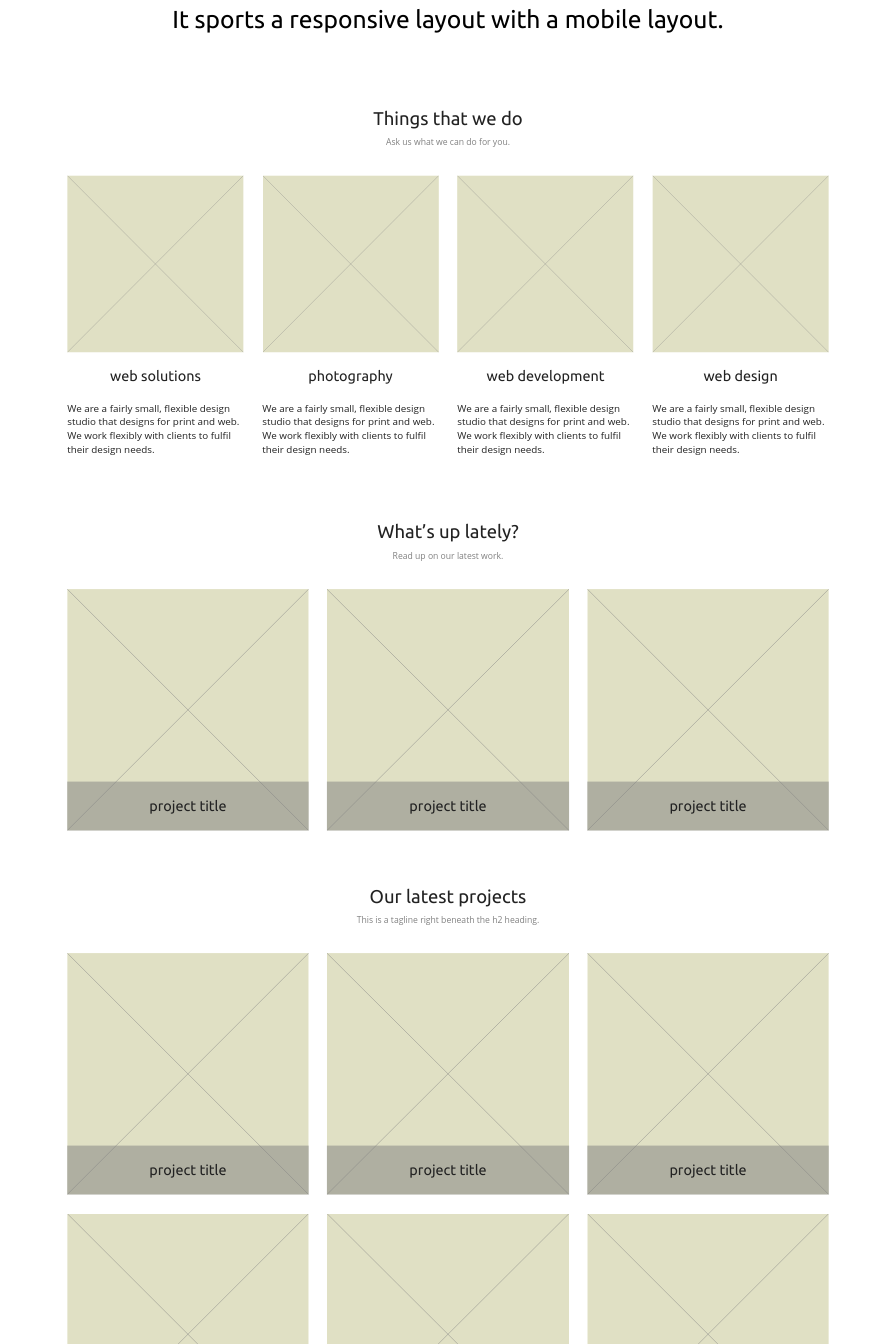
Repository: eilidhma/metrolics
Page: index.html
These files come from the project's save history. The page is drawn as it stood at one moment and after a run of saves; the edit follows.
The browser window is 1280 px wide. The pictures show the part of the page from y = 462 to 2382 px (the page is 3636 px tall before and 3561 px after), at 70% of full size.

Above is the page before, as saved 2021-02-03 22:24:08.

### index.html
<!doctype html>
<html class="no-js" lang="en">

<head>
  <meta charset="utf-8">
  <title>Metrolics</title>
  <meta name="description" content="">
  <meta name="viewport" content="width=device-width, initial-scale=1">

  <meta property="og:title" content="">
  <meta property="og:type" content="">
  <meta property="og:url" content="">
  <meta property="og:image" content="">

  <link rel="manifest" href="site.webmanifest">
  <link rel="apple-touch-icon" href="icon.png">
  <link rel="preconnect" href="https://fonts.gstatic.com">
  <link href="https://fonts.googleapis.com/css2?family=Ubuntu&display=swap" rel="stylesheet">
  <link rel="stylesheet" href="css/normalize.css">
  <link rel="stylesheet" href="css/main.css">

  <meta name="theme-color" content="#fafafa">
</head>

<body class="page page-home">
  <header class="page__header">
    <div class="row m-1-2">
      <nav class="mobile-nav m-hide l-hide">
        Metrolics
      </nav>
      <div class="column">
        <img class="logo" src="img/placeholder.svg" alt="slider placeholder">
      </div>
      <nav class="column main-nav">
        <a href="#" class="main-nav__item active">home</a>
        <a href="#" class="main-nav__item">pages</a>
        <a href="#" class="main-nav__item">blog</a>
        <a href="#" class="main-nav__item">portfolio</a>
        <a href="#" class="main-nav__item">contact</a>
      </nav>
    </div>
  </header>


  <div class="page__slider s-hide">
    <div class="row">
      <div class="column">
        <img src="img/placeholder.svg" alt="slider placeholder">
      </div>
    </div>
  </div>

  <div class="page__intro">
    <div class="row">
      <h1 class="heading">
        Hey guys! This is the Metrolics theme. <br> It sports a responsive layout with a mobile layout.
      </h1>
    </div>
  </div>

  <section class="about">
    <div class="row m-col-2 l-col-4">
      <div class="column row-span">
        <h2 class="heading">
          Things that we do
        </h2>
        <p class="tagline">
          Ask us what we can do for you.
        </p>
      </div>
      <div class="column">
        <img src="../img/placeholder.svg" alt="placeholder">
        <h3 class="heading">web solutions</h3>
        <p>
          We are a fairly small, flexible design studio that designs for print and web. We work flexibly with clients to fulfil their design needs.
        </p>
      </div>
      <div class="column">
        <img src="../img/placeholder.svg" alt="placeholder">
        <h3 class="heading">photography</h3>
        <p>
          We are a fairly small, flexible design studio that designs for print and web. We work flexibly with clients to fulfil their design needs.
        </p>
      </div>
      <div class="column">
        <img src="../img/placeholder.svg" alt="placeholder">
        <h3 class="heading">web development</h3>
        <p>
          We are a fairly small, flexible design studio that designs for print and web. We work flexibly with clients to fulfil their design needs.
        </p>
      </div>
      <div class="column">
        <img src="../img/placeholder.svg" alt="placeholder">
        <h3 class="heading">web design</h3>
        <p>
          We are a fairly small, flexible design studio that designs for print and web. We work flexibly with clients to fulfil their design needs.
        </p>
      </div>
    </div>
  </section>

  <section class="projects--new">
    <div class="row m-col-2 l-col-3">
      <div class="column row-span">
        <h2 class="heading">
          What’s up lately?
        </h2>
        <p class="tagline">
            Read up on our latest work.
        </p>
      </div>
      <div class="column special-project">
        <figure class="project">
          <img src="img/placeholder.svg" alt="placeholder">
          <figcaption class="project__caption">
            <h3 class="heading">project title</h3>
          </figcaption>
        </figure>
      </div>
      <!-- proj col ends here -->
      <div class="column">
        <figure class="project">
          <img src="img/placeholder.svg" alt="placeholder">
          <figcaption class="project__caption">
            <h3 class="heading">project title</h3>
          </figcaption>
        </figure>
      </div>
      <!-- proj col ends here -->
      <div class="column">
        <figure class="project">
          <img src="img/placeholder.svg" alt="placeholder">
          <figcaption class="project__caption">
            <h3 class="heading">project title</h3>
          </figcaption>
        </figure>
      </div>
      <!-- proj col ends here -->
    </div>
  </section>
  <!-- projects-new ends here -->

  <section class="projects">
    <div class="row m-col-2 l-col-3">
      <div class="column row-span">
        <h2 class="heading">
          Our latest projects
        </h2>
        <p class="tagline">
          This is a tagline right beneath the h2 heading.
        </p>
      </div>
      <div class="column">
        <figure class="project">
          <img src="img/placeholder.svg" alt="placeholder">
          <figcaption class="project__caption">
            <h3 class="heading">project title</h3>
          </figcaption>
        </figure>
      </div>
      <!-- proj col ends here -->
      <div class="column">
        <figure class="project">
          <img src="img/placeholder.svg" alt="placeholder">
          <figcaption class="project__caption">
            <h3 class="heading">project title</h3>
          </figcaption>
        </figure>
      </div>
      <!-- proj col ends here -->
      <div class="column">
        <figure class="project">
          <img src="img/placeholder.svg" alt="placeholder">
          <figcaption class="project__caption">
            <h3 class="heading">project title</h3>
          </figcaption>
        </figure>
      </div>
      <!-- proj col ends here -->
      <div class="column">
        <figure class="project">
          <img src="img/placeholder.svg" alt="placeholder">
          <figcaption class="project__caption">
            <h3 class="heading">project title</h3>
          </figcaption>
        </figure>
      </div>
      <!-- proj col ends here -->
      <div class="column">
        <figure class="project">
          <img src="img/placeholder.svg" alt="placeholder">
          <figcaption class="project__caption">
            <h3 class="heading">project title</h3>
          </figcaption>
        </figure>
      </div>
      <!-- proj col ends here -->
      <div class="column">
        <figure class="project">
          <img src="img/placeholder.svg" alt="placeholder">
          <figcaption class="project__caption">
            <h3 class="heading">project title</h3>
          </figcaption>
        </figure>
      </div>
      <!-- proj col ends here -->
    </div>
  </section>
  <!-- projects-new ends here -->

  <section class="thingsofabove">
    <div class="row l-col-2">
      <div class="column row-span">
        <h2 class="heading">
          Thingsofabove
        </h2>
        <p class="tagline">
          Misc stuff we could not put anywhere else
        </p>
      </div>
      <div class="column">
        <p>Accordion menu here</p>
      </div>
      <div class="column">
        <p>Accordion menu here</p>
      </div>
    </div>
  </section>

  <div class="sponsors">
  <div class="row m-col-5">
    <div class="column">
        <img src="img/placeholder.svg" alt="placeholder">
    </div>
    <div class="column">
        <img src="img/placeholder.svg" alt="placeholder">
    </div>
    <div class="column">
        <img src="img/placeholder.svg" alt="placeholder">
    </div>
    <div class="column">
        <img src="img/placeholder.svg" alt="placeholder">
    </div>
    <div class="column">
        <img src="img/placeholder.svg" alt="placeholder">
    </div>
  </div>
  </div>

  <footer class="page__footer">
  <div class="row m-col-2 l-col-4 row-no-margin">
    <div class="page__footer__intro column row-span">
        <h3 class="heading inverted">
            Pewee Herman
        </h3>
        <p class="inverted">
            Peewee has over 10 years experience in the industry. He is our Creative Director, digital designer, web designer and front-end developer. He is also pretty good with a sketchbook. Before starting the company Peewee worked as a designer and studio manager
            for a design house who boasted a number of big name clients.
        </p>>

    </div>
    <div class="column about-us s-hide">
        <h4 class="inverted">About Us</h4>
        <p class="inverted">
            Minions ipsum potatoooo potatoooo uuuhhh. Chasy poulet tikka masala jiji wiiiii hahaha po kass tulaliloo potatoooo. Bee do bee do bee do chasy ti aamoo! Po kass daa bee do bee do bee do po kass wiiiii butt chasy. Pepete uuuhhh hahaha gelatooo belloo!
            Bananaaaa aaaaaah butt potatoooo hana dul sae butt. Hahaha wiiiii ti aamoo! Ti aamoo! Baboiii jeje. Hahaha gelatooo daa me want bananaaa! Underweaaar potatoooo tank yuuu! Aaaaaah potatoooo poopayee.
        </p>
    </div>
    <div class="column flickr s-hide">
        <h4 class="inverted">Flickr Photos</h4>
        <div class="sub-grid m-col-3">
            <div class="column">
                <img src="img/placeholder.svg" alt="placeholder">
            </div>
            <div class="column">
                <img src="img/placeholder.svg" alt="placeholder">
            </div>
            <div class="column">
                <img src="img/placeholder.svg" alt="placeholder">
            </div>
            <div class="column">
                <img src="img/placeholder.svg" alt="placeholder">
            </div>
            <div class="column">
                <img src="img/placeholder.svg" alt="placeholder">
            </div>
            <div class="column">
                <img src="img/placeholder.svg" alt="placeholder">
            </div>
        </div>
    </div>
    <div class="column soc-msgs">
        <h4 class="inverted">Recent Tweets</h4>
        <ul class="twts">
            <li class="twts__item inverted">
                <span class="twts__item__tag">
                    <a href="#">#minions</a> - ipsum potatoooo potatoooo uuuhhh. Chasy poulet tikka masala jiji wiiiii hahaha po kass tulaliloo
                </span>
            </li>
            <li class="twts__item inverted">
                <span class="twts__item__tag">
                    <a href="#">#minions</a> psum banana potatoooo uuuhhh. Chasy poulet tikka masala jiji wiiiii hahaha  tulaliloo potatoooo.
                </span>
            </li>
        </ul>
    </div>
    <div class="column newsletter s-hide">
        <h4 class="inverted">Newsletter</h4>
        <p class="inverted">
            Minions ipsum potatoooo potatoooo uuuhhh. Chasy poulet tikka masala jiji wiiiii hahaha po kass tulaliloo potatoooo. Bee do bee do bee do chasy ti aamoo! Po kass daa bee do bee do bee do po kass wiiiii butt chasy. Pepete uuuhhh hahaha gelatooo belloo!
            Bananaaaa aaaaaah butt potatoooo hana dul sae butt.</p>
            <input class="email" type="email" placeholder="Enter your Email...">
    </div>
  </div>
  </footer>




  <script src="js/vendor/modernizr-3.11.2.min.js"></script>
  <script src="js/plugins.js"></script>
  <script src="js/main.js"></script>

  <!-- Google Analytics: change UA-XXXXX-Y to be your site's ID. -->
  <script>
    window.ga = function () { ga.q.push(arguments) }; ga.q = []; ga.l = +new Date;
    ga('create', 'UA-XXXXX-Y', 'auto'); ga('set', 'anonymizeIp', true); ga('set', 'transport', 'beacon'); ga('send', 'pageview')
  </script>
  <script src="https://www.google-analytics.com/analytics.js" async></script>

</body>


</html>

### css/main.css
/* ==========================================================================
    [Table of contents]

    1. BASE
        1.1 Page Rendering Defaults
        1.2 User Experience Adjustments
        1.3 Core Styling
    2. LAYOUT
        2.1 Core Layout
        2.2 main nav mobile first
        2.3 Small only
        2.4 medium and up
            2.4.1 medium and up main navigation
        2.5 Medium only
        2.6 large screens and up
        2.7 Large only
        2.4 Core Article
    3. MODULES
        3.1 page-slider
        3.2 project portfolio item
    4. STATES
    5. THEME
        5.1 main nav colours & icons
    6. UTILITIES
    6. PRINT

    ========================================================================== */


/* ==========================================================================
   BASE
   ========================================================================== */


/*        1.1 Page Rendering Defaults
*/

html {
  color: #222;
  font-family: 'Open Sans', Verdana, Geneva, Tahoma, sans-serif;
  font-size: 1.1em;
  line-height: 1.4;
}


/*
* Remove text-shadow in selection highlight:
* https://twitter.com/miketaylr/status/12228805301
*
* Vendor-prefixed and regular ::selection selectors cannot be combined:
* https://stackoverflow.com/a/16982510/7133471
*
* Customize the background color to match your design.
*/

::-moz-selection {
  background: #b3d4fc;
  text-shadow: none;
}

::selection {
  background: #b3d4fc;
  text-shadow: none;
}


/*
* A better looking default horizontal rule
*/

hr {
  display: block;
  height: 1px;
  border: 0;
  border-top: 1px solid #ccc;
  margin: 1em 0;
  padding: 0;
}


/*
* Remove the gap between audio, canvas, iframes,
* images, videos and the bottom of their containers:
* https://github.com/h5bp/html5-boilerplate/issues/440
*/

audio,
canvas,
iframe,
img,
svg,
video {
  vertical-align: middle;
}


/*
* Remove default fieldset styles.
*/

fieldset {
  border: 0;
  margin: 0;
  padding: 0;
}


/*
* Allow only vertical resizing of textareas.
*/

textarea {
  resize: vertical;
}


/* 1.3 Core Styling */

img {
  width: 100%;
}

h1 {
  color: #000;
}

p {
  font-size: 0.8rem;
}


/* ==========================================================================
 LAYOUT
 ========================================================================== */


/*  2.1 Core Layout */

/* div,
section,
footer,
header { */
  /* border: 1px solid #ccc; helper style to view elements while coding */


.row {
  display: grid;
  row-gap: 1rem;
  margin: 0 1rem 3rem 1rem;
}

.row-no-margin {
  margin-bottom: 0 !important;
}

.column {
  position: relative;
  /* background-color: rgb(243, 222, 194); */
  /* margin: 1rem; */
}

.heading {
  font-family: Ubuntu, Verdana, Verdana, Geneva, Tahoma, sans-serif;
  font-weight: 400;
  text-align: center;
}

.tagline {
  margin-top: -0.8rem;
  font-size: 0.7rem;
  text-align: center;
  color: rgb(128, 128, 128);
}

.logo {
  max-height: 2.5rem;
  position: absolute;
  bottom: 0;
}

/* main nav mobile first */
.main-nav {
  display: none;
  flex-direction: column;
  align-items: center;
}

.main-nav__item {
  display: block;
  position: relative;
  width: 100%;
  padding: 1rem 1rem 1rem 100%;
  font-size: 1.3rem;
  text-decoration: none;
  text-align: left;
  color: white;
  line-height: 4rem;
  background-repeat: no-repeat;
  background-position-x: 44%;
  background-position-y: center;
  background-size: 3.1rem, 1.7rem;
}

.main-nav__item::after {
  content: ">";
  display: inline-block;
  position: absolute;
  right: 1rem;
}

.main-nav__item.active::after {
  content: "";
}
/* Small only */

@media screen and (max-width: 39.9375em) {
  .logo {
    max-height: 3rem;
    position: static;
  }

  .s-hide {
    display: none;
  }

  .s-show {
    display: flex;
  }

  .mobile-nav {
    position: absolute;
    right: 1rem;
    top: 0rem;
    z-index: 1;
    font-size: 0rem;
    padding: 1.5rem;
    background-image: url(../img/bars.svg);
    background-repeat: no-repeat;
    background-size: 1.8rem;
    background-position: center center;
    background-color: #2a6eeb;
  }

  .main-nav__item::after {
    display: inline-block;
    position: static;
    padding-left: 1rem;
  }
}


/* Medium and up */

@media screen and (min-width: 40em) {


  .row {
    width: 85vw;
    max-width: 70rem;
    column-gap: 1.5rem;
    row-gap: 1.5rem;
    margin: 0 auto 3rem auto;
  }

  .sub-grid {
    display: grid;
    column-gap: 0.5rem;
    row-gap: 0.5rem;
  }

  .m-col-2 {
    grid-template-columns: 1fr 1fr;
  }

  .m-col-3 {
    grid-template-columns: repeat(3, 1fr);
  }

  .m-col-4 {
    grid-template-columns: repeat(4, 1fr);
  }

  .m-col-5 {
    grid-template-columns: repeat(5, 1fr);
  }

  .m-1-2 {
    grid-template-columns: 1fr 2fr;
  }

  .row-span {
    grid-column-start: 1;
    grid-column-end: -1;
  }

  /* medium and up main navigation */
  .main-nav {
    display: flex;
    flex-direction: row;
  }

  .main-nav__item {
    padding: 4rem 1rem 0rem 0.5rem;
    line-height: 2rem;
    font-size: 0.8rem;
    text-align: left;
    background-color: rgb(184, 184, 184);
    background-position-x: center;
    background-position-y: center;
    background-size: 2.3rem, 1.4rem;
  }
}


/* Medium only */

@media screen and (min-width: 40em) and (max-width: 63.9375em) {
  .m-hide {
    display: none;
  }

  .special-project {
    grid-column-start: 1;
    grid-column-end: -1;
  }

  .special-project img {
    /* temp rule */
    max-height: 20rem;
  }
}


/* Large and up */

@media screen and (min-width: 64em) {
  .l-col-2 {
    grid-template-columns: 1fr 1fr;
  }

  .l-col-3 {
    grid-template-columns: repeat(3, 1fr);
  }

  .l-col-4 {
    grid-template-columns: repeat(4, 1fr);
  }

  .l-col-5 {
    grid-template-columns: repeat(5, 1fr);
  }

  .l-col-6 {
    grid-template-columns: repeat(6, 1fr);
  }

  .l-hide {
    display: none;
  }
}


/* Large only */

@media screen and (min-width: 64em) and (max-width: 74.9375em) {
}


/* ==========================================================================
MODULES
========================================================================== */


/* page-slider */

.page__slider {
  background-color: rgb(230, 230, 230);
}

.page__slider img {
  height: 25vh;
}


/* project portfolio item */
.project {
  position: relative;
  margin: 0;
}

.project__caption {
  position: absolute;
  left: 0;
  right: 0;
  bottom: 0;
  background-color: rgba(128, 128, 128, 0.5);
}


/* ==========================================================================
 STATES
 ========================================================================== */



/* ==========================================================================
 THEME
 ========================================================================== */

.page__footer {
  background-color: #222;
}

.page__footer .row {
  background-image: url(../img/bg_colorbar.png);
  background-repeat: no-repeat;
  background-position: bottom right;
  padding-bottom: 2rem;
}

.inverted {
  color: white;
}

.email {
  background-color: #de6262;
  width: 100%;
  height: 10%;
  color: #fff;
}



/* main nav colours & icons */

.main-nav__item:nth-child(1) {
  background-color: #25c389;
  background-image: url(../img/circle.svg), url(../img/house-user.svg);
}
.main-nav__item:nth-child(2) {
  background-color: #ffb901;
  background-image: url(../img/circle.svg), url(../img/network-wired.svg);
}
.main-nav__item:nth-child(3) {
  background-color: #de6262;
  background-image: url(../img/circle.svg), url(../img/bullhorn.svg);
}
.main-nav__item:nth-child(4) {
  background-color: #1691bd;
  background-image: url(../img/circle.svg), url(../img/briefcase.svg);
}
.main-nav__item:nth-child(5) {
  background-color: #166ba2;
  background-image: url(../img/circle.svg), url(../img/envelope.svg);
}

/* ==========================================================================
     UTILITIES
 ========================================================================== */


/*
* Hide visually and from screen readers
*/

.hidden,
[hidden] {
  display: none !important;
}


/*
* Hide only visually, but have it available for screen readers:
* https://snook.ca/archives/html_and_css/hiding-content-for-accessibility
*
* 1. For long content, line feeds are not interpreted as spaces and small width
*    causes content to wrap 1 word per line:
*    https://medium.com/@jessebeach/beware-smushed-off-screen-accessible-text-5952a4c2cbfe
*/

.sr-only {
  border: 0;
  clip: rect(0, 0, 0, 0);
  height: 1px;
  margin: -1px;
  overflow: hidden;
  padding: 0;
  position: absolute;
  white-space: nowrap;
  width: 1px;
  /* 1 */
}


/*
* Extends the .sr-only class to allow the element
* to be focusable when navigated to via the keyboard:
* https://www.drupal.org/node/897638
*/

.sr-only.focusable:active,
.sr-only.focusable:focus {
  clip: auto;
  height: auto;
  margin: 0;
  overflow: visible;
  position: static;
  white-space: inherit;
  width: auto;
}


/*
* Hide visually and from screen readers, but maintain layout
*/

.invisible {
  visibility: hidden;
}


/*
* Clearfix: contain floats
*
* For modern browsers
* 1. The space content is one way to avoid an Opera bug when the
*    `contenteditable` attribute is included anywhere else in the document.
*    Otherwise it causes space to appear at the top and bottom of elements
*    that receive the `clearfix` class.
* 2. The use of `table` rather than `block` is only necessary if using
*    `:before` to contain the top-margins of child elements.
*/

.clearfix::before,
.clearfix::after {
  content: " ";
  display: table;
}

.clearfix::after {
  clear: both;
}

@media print,
(-webkit-min-device-pixel-ratio: 1.25),
(min-resolution: 1.25dppx),
(min-resolution: 120dpi) {
  /* Style adjustments for high resolution devices */
}


/* ==========================================================================
 PRINT
 Inlined to avoid the additional HTTP request:
 https://www.phpied.com/delay-loading-your-print-css/
 ========================================================================== */

@media print {
  *,
  *::before,
  *::after {
      background: #fff !important;
      color: #000 !important;
      /* Black prints faster */
      box-shadow: none !important;
      text-shadow: none !important;
  }
  a,
  a:visited {
      text-decoration: underline;
  }
  a[href]::after {
      content: " (" attr(href) ")";
  }
  abbr[title]::after {
      content: " (" attr(title) ")";
  }
  /*
 * Don't show links that are fragment identifiers,
 * or use the `javascript:` pseudo protocol
 */
  a[href^="#"]::after,
  a[href^="javascript:"]::after {
      content: "";
  }
  pre {
      white-space: pre-wrap !important;
  }
  pre,
  blockquote {
      border: 1px solid #999;
      page-break-inside: avoid;
  }
  /*
 * Printing Tables:
 * https://web.archive.org/web/20180815150934/http://css-discuss.incutio.com/wiki/Printing_Tables
 */
  thead {
      display: table-header-group;
  }
  tr,
  img {
      page-break-inside: avoid;
  }
  p,
  h2,
  h3 {
      orphans: 3;
      widows: 3;
  }
  h2,
  h3 {
      page-break-after: avoid;
  }
}

### js/main.js
document.querySelector(".mobile-nav").addEventListener("click",
  function(e) {
    const element = document.querySelector(".main-nav");
    element.classList.toggle("s-show");
    e.preventDefault();
  }, false);

Loaded but not shown: css/normalize.css (library); js/vendor/modernizr-3.11.2.min.js (library); img/house-user.svg (1 lines, source omitted); img/network-wired.svg (1 lines, source omitted); img/envelope.svg (1 lines, source omitted); img/briefcase.svg (1 lines, source omitted); js/plugins.js (24 lines, source omitted)

After the next 5 saves:
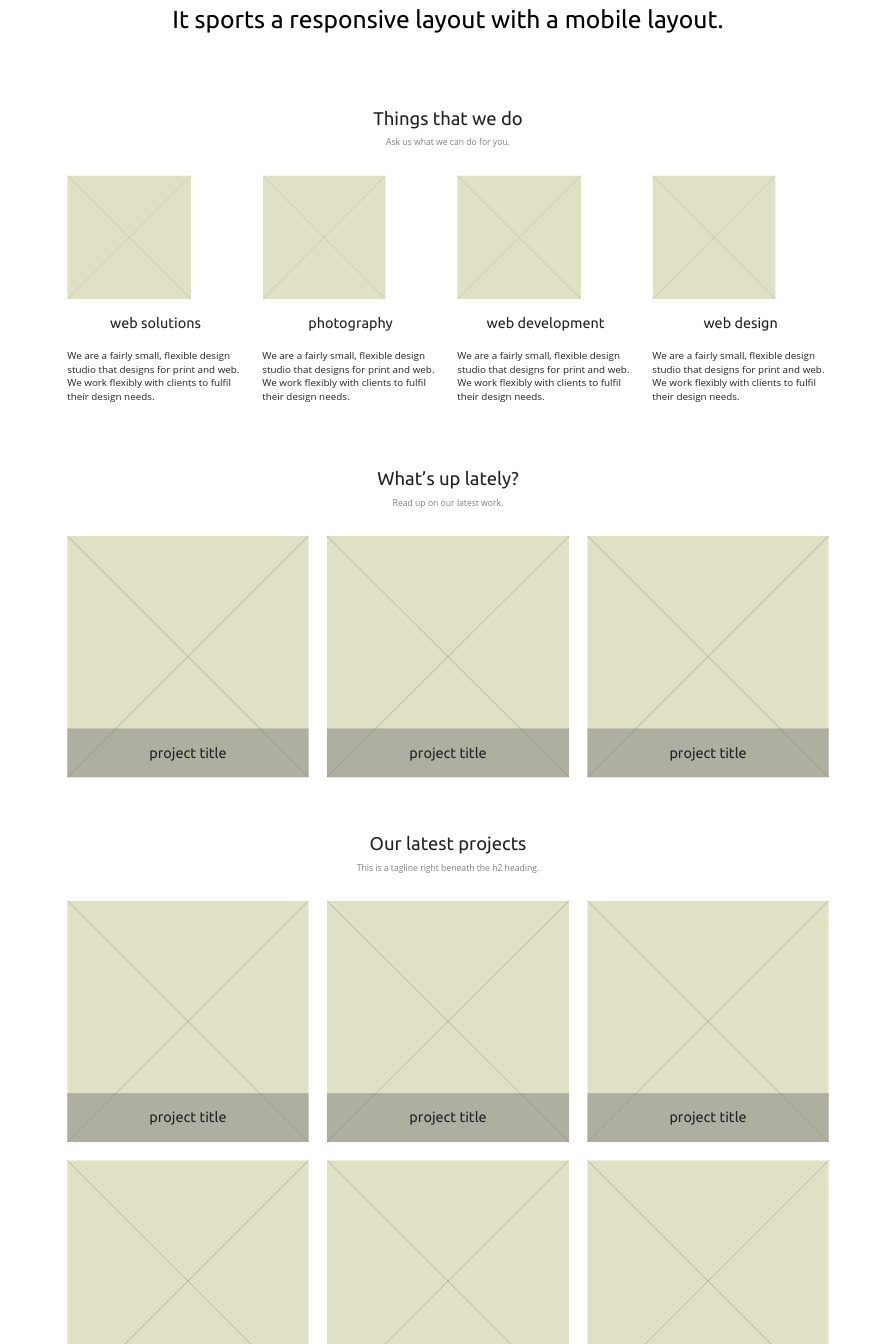
The 5 saves are shown as one change because they came seconds apart.
The last was saved 87 s later.
--- a/css/main.css
+++ b/css/main.css
@@ -429,7 +429,10 @@ MODULES
   color: #fff;
 }
 
-
+.about img {
+  width: 70%;
+
+}
 
 /* main nav colours & icons */
 
